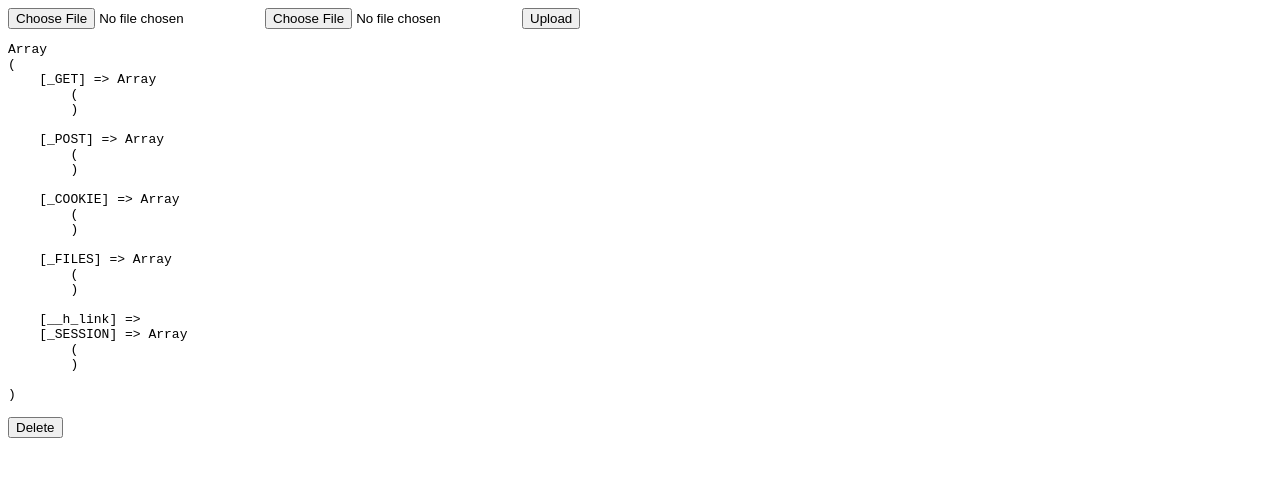
Repository: sara55m/File_Upload
Page: http://localhost/form2.php
An editor plug-in stored every save of this project. The page is shown before and after the next save, followed by the edit.
The browser window is 1280 px wide. The pictures show the whole page.
The page is run by PHP 8.4 with error messages shown; the project is at /var/www/html/.

Above is the page before, as saved 2024-09-02 04:39:58.

After the next save:
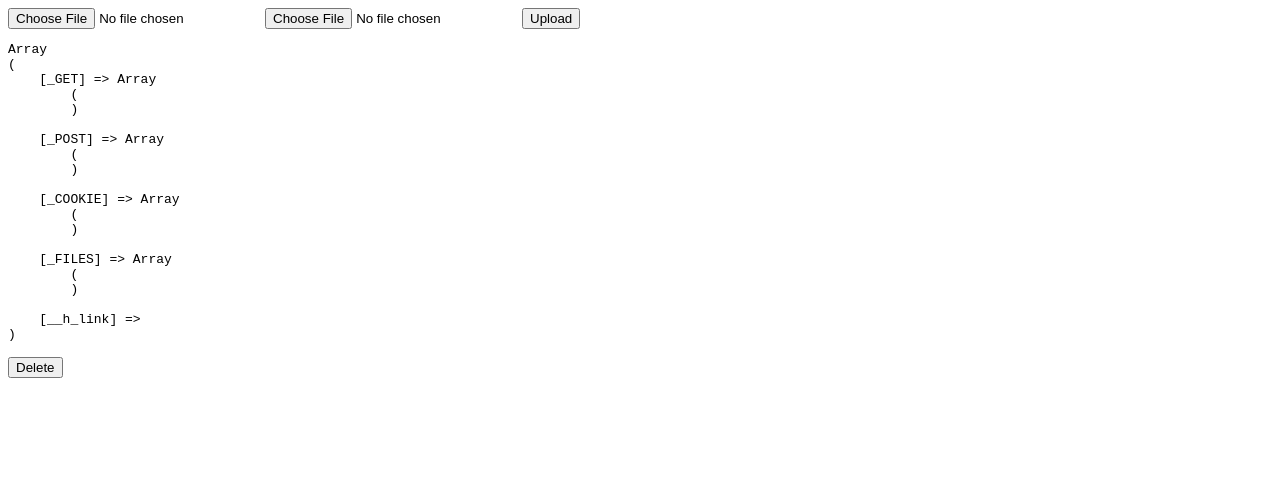
Saved 56 s later.
--- a/form2.php
+++ b/form2.php
@@ -17,7 +17,7 @@
 
 
 <?php
-session_start();
+
 require("my_func.php");
 
 echo "<pre/>";

After the save that followed:
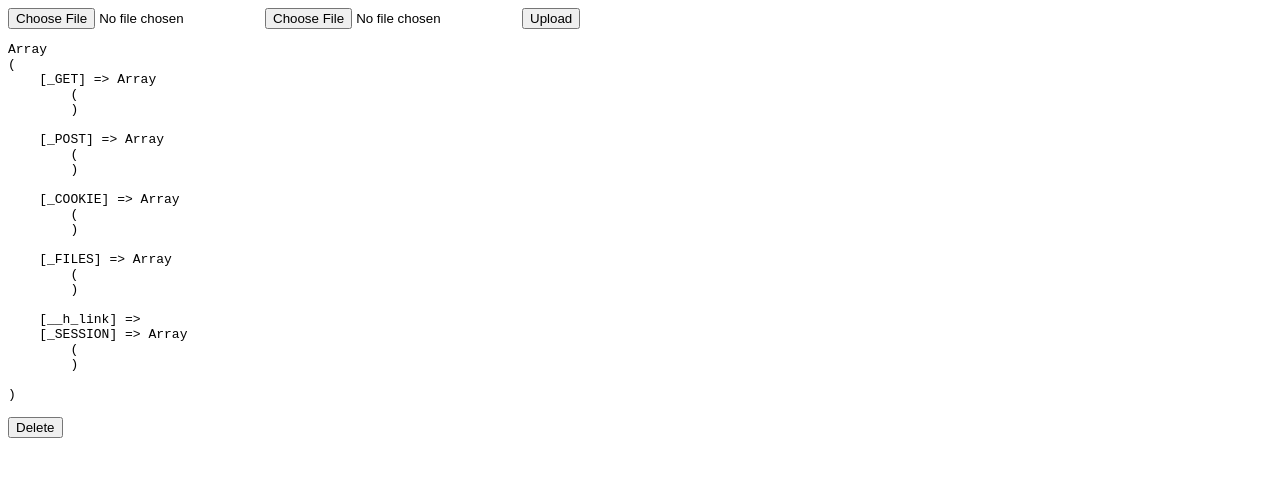
Saved 5 s later.
--- a/my_func.php
+++ b/my_func.php
@@ -1,4 +1,5 @@
 <?php
+session_start();
 //$file=$_FILES["file"]
 function my_func($file,$size,$exts,$path,$lang){
     $ext=explode(".",$file["name"]);
